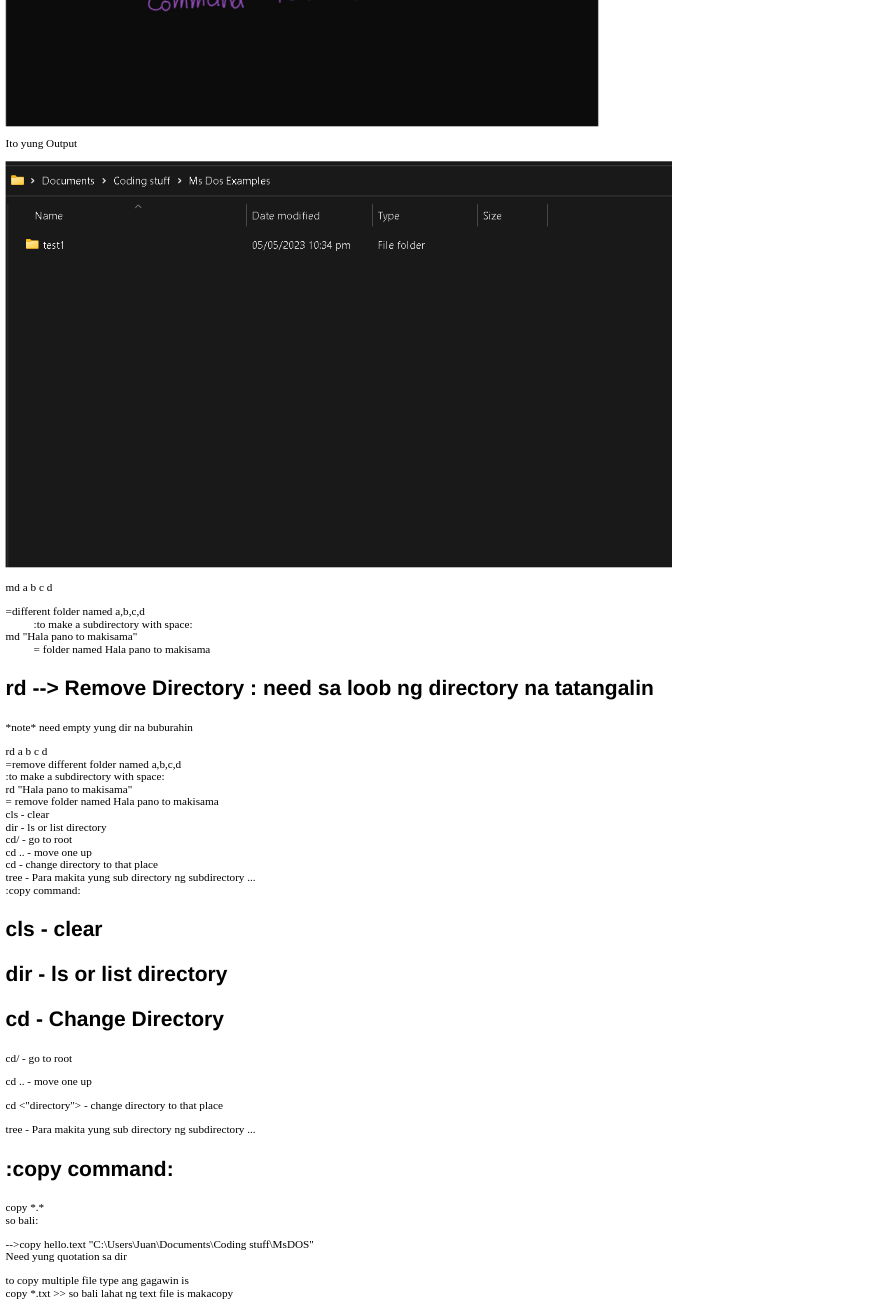
Repository: zwainer/Comprog
Page: index.html
The author's editor kept a copy of each file at every save. The page is drawn from the files as they stood at one save, then again after a run of saves.
The browser window is 1280 px wide. The pictures show the part of the page from y = 648 to 2568 px (the page is 2521 px tall before and 2568 px after), at 70% of full size.

Above is the page before, as saved 2023-05-05 22:42:41.

### index.html
<html>
	<head>
		<link rel="stylesheet" href="index.css">
	</head>

	<h1>Comprog Notes Ko</h1>

	<p class="StartCommand">
		md
		<br/>

	</p>

	<p>md means make directory <br/>
	</p>
	<p>To use it :
		<dl>
			<dd>
				write md then
			</dd>

			<dd>
				yung name nung folder
			</dd>
		</dl>

	<br/>
	</p>


	</p>

	<img src="pictures/1_1.png">

	<p>Ito yung Output <br/></p>


	<img src="pictures/2.png">

	<h2></h2>
	<p>md a b c d  <br/></p>

	<dl>
<dt>=different folder named a,b,c,d<br/></dt>

	<dd>:to make a subdirectory with space:<br/></dd>

	<dt>md "Hala pano to makisama"<br/>
	</dt>
		<dd>= folder named Hala pano to makisama<br/></dd>
</dl>

<p class="StartCommand">rd --> Remove Directory : need sa loob ng directory na tatangalin<br/></p>


	<p>
		*note* need empty yung dir na buburahin
		<br/>
	</p>

		rd a b c d <br/>

		=remove different folder named a,b,c,d<br/>

	:to make a subdirectory with space:<br/>

	rd "Hala pano to makisama"<br/>

		= remove folder named Hala pano to makisama	<br/>



cls - clear<br/>

dir - ls or list directory<br/>

cd/ - go to root<br/>

cd .. - move one up<br/>

cd <directory> - change directory to that place<br/>

tree - Para makita yung sub directory ng subdirectory ...<br/>

:copy command:<br/>
<p class="StartCommand">cls - clear<br/></p>

<p class="StartCommand">dir - ls or list directory<br/></p>

<p class="StartCommand">cd - Change Directory<br/></p>


<p >cd/ - go to root<br/></p>

<p>cd .. - move one up<br/></p>

<p >cd <"directory"> - change directory to that place<br/></p>

<p >tree - Para makita yung sub directory ng subdirectory ...<br/></p>

<p class="StartCommand">:copy command:<br/></p>


copy *.*<br/>

	so bali: <br/>
		<p>
				-->copy hello.text "C:\Users\Juan\Documents\Coding stuff\MsDOS"<br/>
			Need yung quotation sa dir
			<br/>
		</p>

		<p>
	to copy multiple file type ang gagawin is </br>
	copy *.txt >> so bali lahat ng text file is makacopy</br>



		</p>
</html>

### index.css
.StartCommand{
    font-size: 30px;
    font-family: 'Franklin Gothic Medium';
    font-weight: bold;
}

After the next 4 saves:
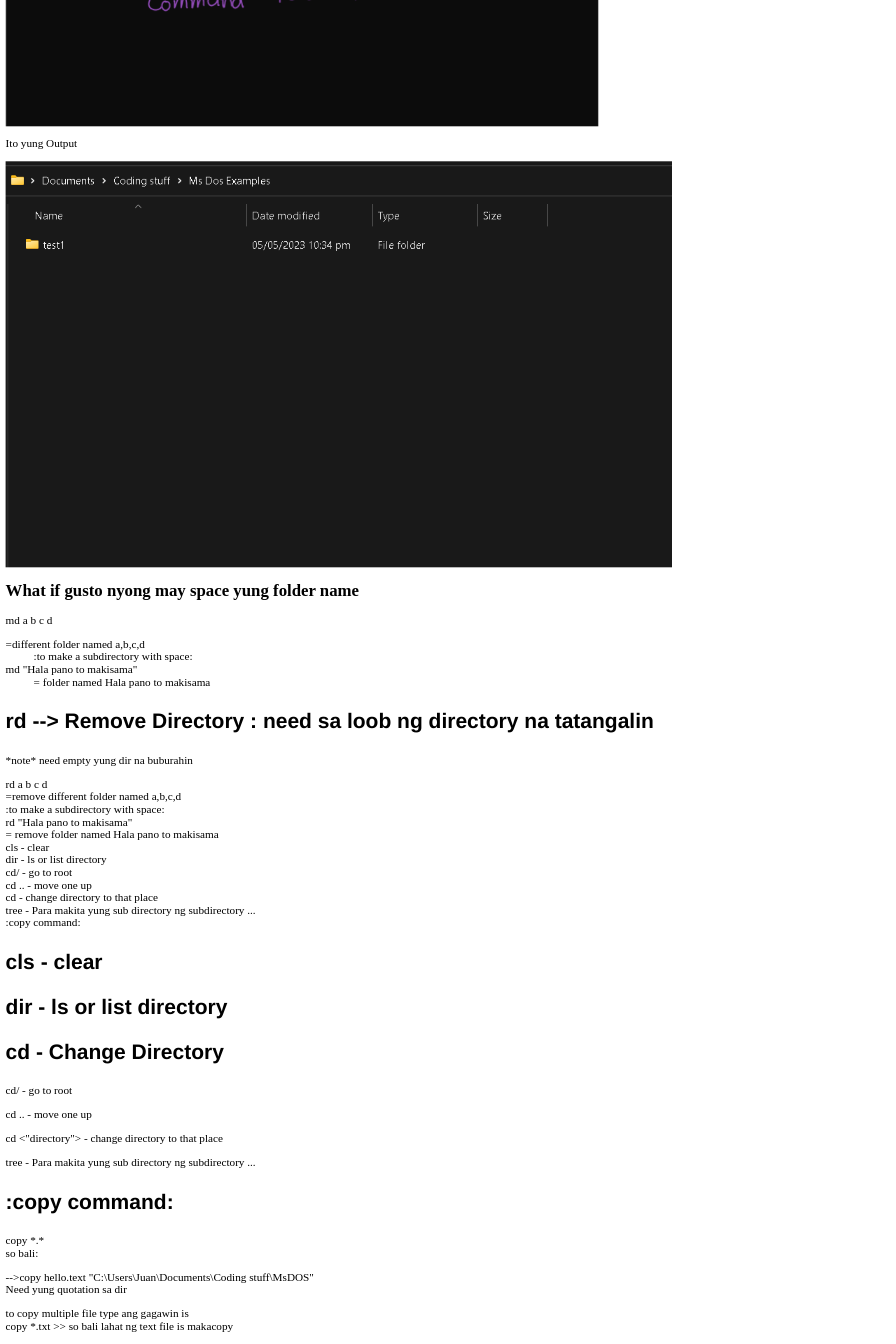
The 4 saves are shown as one change because they came seconds apart.
The last was saved 16 s later.
--- a/index.html
+++ b/index.html
@@ -37,7 +37,8 @@
 
 	<img src="pictures/2.png">
 
-	<h2></h2>
+	<h2>What if gusto nyong may space yung folder name</h2>
+
 	<p>md a b c d  <br/></p>
 
 	<dl>
